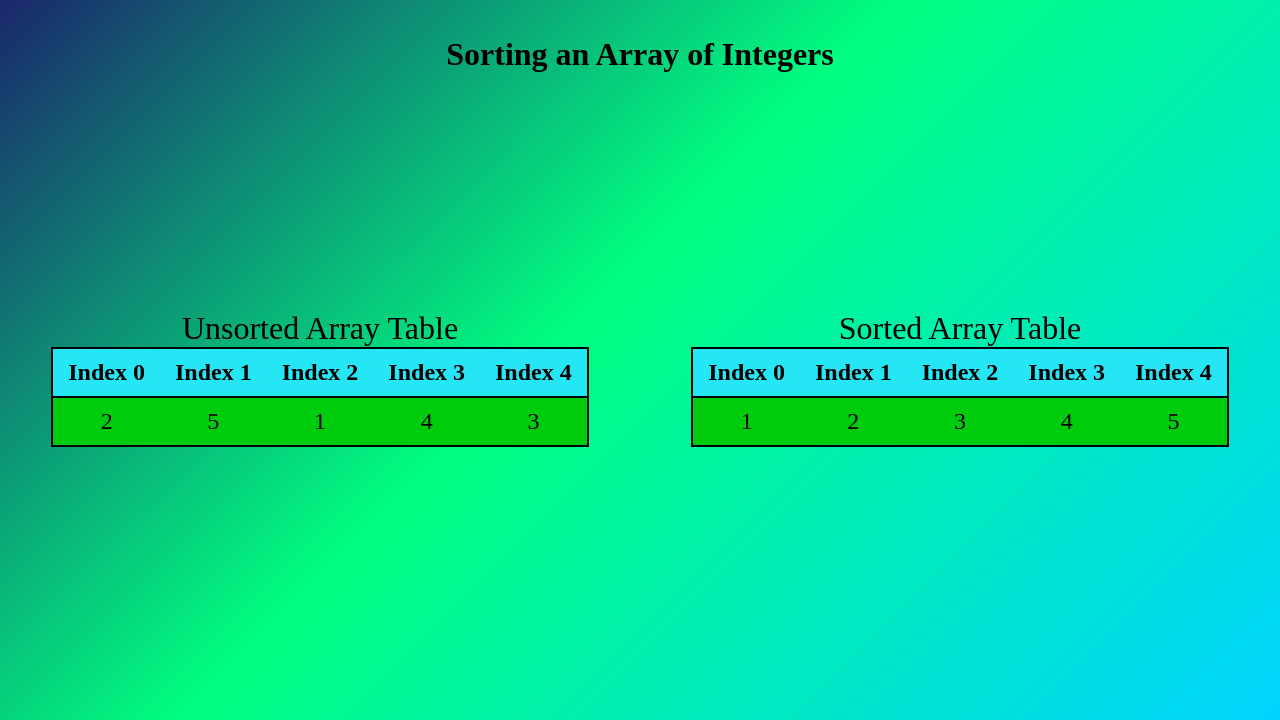
Repository: mlmEFSC21/P16-Sorting-Integers
Page: sort.html
An editor plug-in stored every save of this project. The page is shown before and after the next save, followed by the edit.
The browser window is 1280 px wide. The pictures show the whole page.

Above is the page before, as saved 2022-03-24 19:10:38.

### sort.html
<!DOCTYPE html>
<html lang="en">
    <head>
        <meta charset="UTF-8" />
        <meta http-equiv="X-UA-Compatible" content="IE=edge" />
        <meta name="viewport" content="width=device-width, initial-scale=1.0" />
        <link rel="stylesheet" href="sort.css" />
        <!-- <script defer src="sort.js"></script> -->
        <title>Array Sorting</title>
    </head>
    <body>
        <header class="mainHeader">
            <h1>Sorting an Array of Integers</h1>
        </header>
        <section>
            <div class="arrayContainer" id="arrayContainer">
                <!-- <h2 class="unsorted" id="unsorted">Array 1</h2>
                <h2 class="sorted" id="sorted">Array 2</h2> -->
                <table class="unsortedTable" id="unsortedTable">
                    <caption>
                        Unsorted Array Table
                    </caption>
                    <thead>
                        <tr class="theadRow">
                            <th>Index 0</th>
                            <th>Index 1</th>
                            <th>Index 2</th>
                            <th>Index 3</th>
                            <th>Index 4</th>
                        </tr>
                    </thead>
                    <tbody>
                        <tr>
                            <td>2</td>
                            <td>5</td>
                            <td>1</td>
                            <td>4</td>
                            <td>3</td>
                        </tr>
                    </tbody>
                </table>
                <table class="sortedTable" id="sortedTable">
                    <caption>
                        Sorted Array Table
                    </caption>
                    <thead>
                        <th>Index 0</th>
                        <th>Index 1</th>
                        <th>Index 2</th>
                        <th>Index 3</th>
                        <th>Index 4</th>
                    </thead>
                    <tbody>
                        <tr>
                            <td>1</td>
                            <td>2</td>
                            <td>3</td>
                            <td>4</td>
                            <td>5</td>
                        </tr>
                    </tbody>
                </table>
            </div>
        </section>
    </body>
</html>

### sort.css
:root {
    --clr-background: #00ff8f;
    --clr-primary: hsl(184, 100%, 50%);
    --clr-primary-light: hsl(184, 90%, 55%);
    --clr-secondary: hsl(124, 100%, 50%);
    --clr-secondary-light: hsl(124, 100%, 40%);
}
*,
*::after,
*::before {
    box-sizing: border-box;
    margin: 0;
    padding: 0;
}
body {
    font-size: 0.875;
    background-color: var(--clr-background);
    background-repeat: no-repeat;
    background-size: cover;
    background: linear-gradient(
        135deg,
        rgba(26, 39, 107, 1) 0%,
        rgba(0, 255, 128, 1) 45%,
        rgba(0, 212, 255, 1) 100%
    );
    height: 100vh;
}
.mainHeader {
    height: 15vh;
    display: flex;
    align-items: center;
    justify-content: center;
}
.arrayContainer {
    height: min(75vh, 640px);
    display: flex;
    align-items: center;
    justify-content: space-around;
}
table {
    border-collapse: collapse;
    font-size: 1.5rem;
    border: 2px solid black;
}
caption {
    font-size: 2rem;
}
thead {
    border-bottom: 2px solid black;
}
th {
    background-color: var(--clr-primary-light);
}
td {
    background-color: var(--clr-secondary-light);
    text-align: center;
}
th,
td {
    margin: 10px 15px;
    padding: 10px 15px;
}

After the next save:
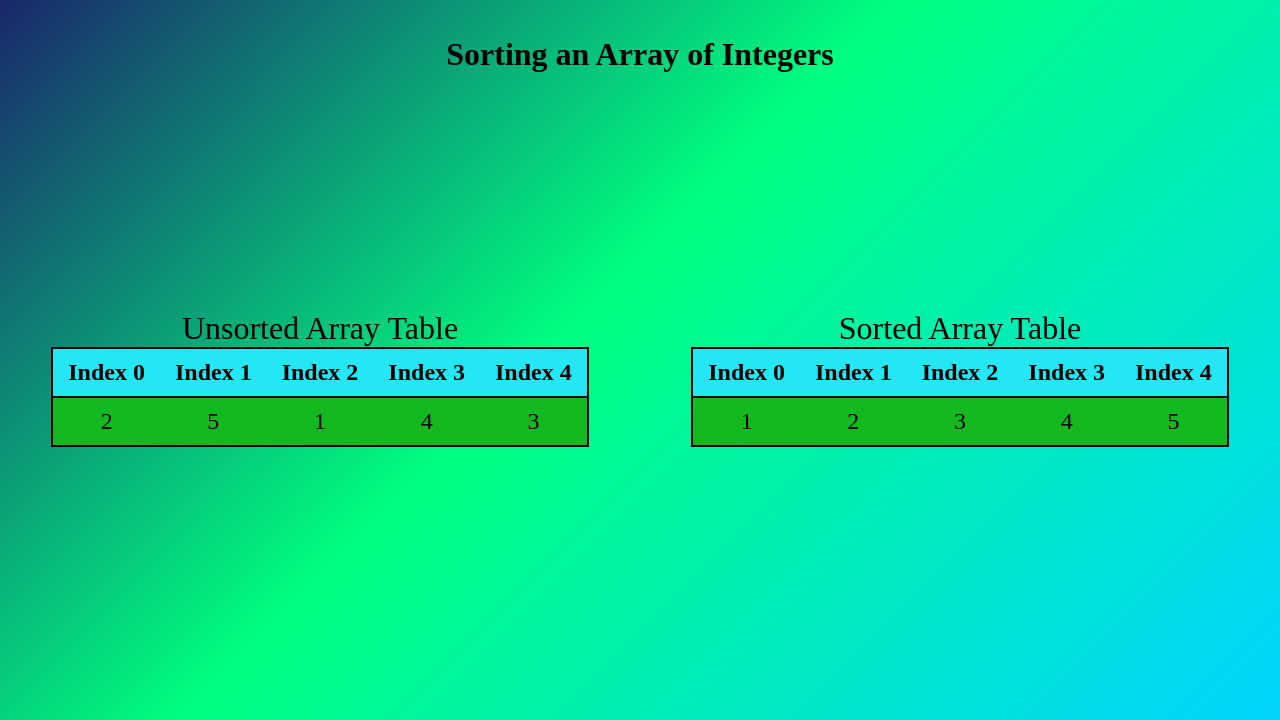
Saved 7 s later.
--- a/sort.css
+++ b/sort.css
@@ -3,7 +3,7 @@
     --clr-primary: hsl(184, 100%, 50%);
     --clr-primary-light: hsl(184, 90%, 55%);
     --clr-secondary: hsl(124, 100%, 50%);
-    --clr-secondary-light: hsl(124, 100%, 40%);
+    --clr-secondary-light: hsl(124, 80%, 40%);
 }
 *,
 *::after,
